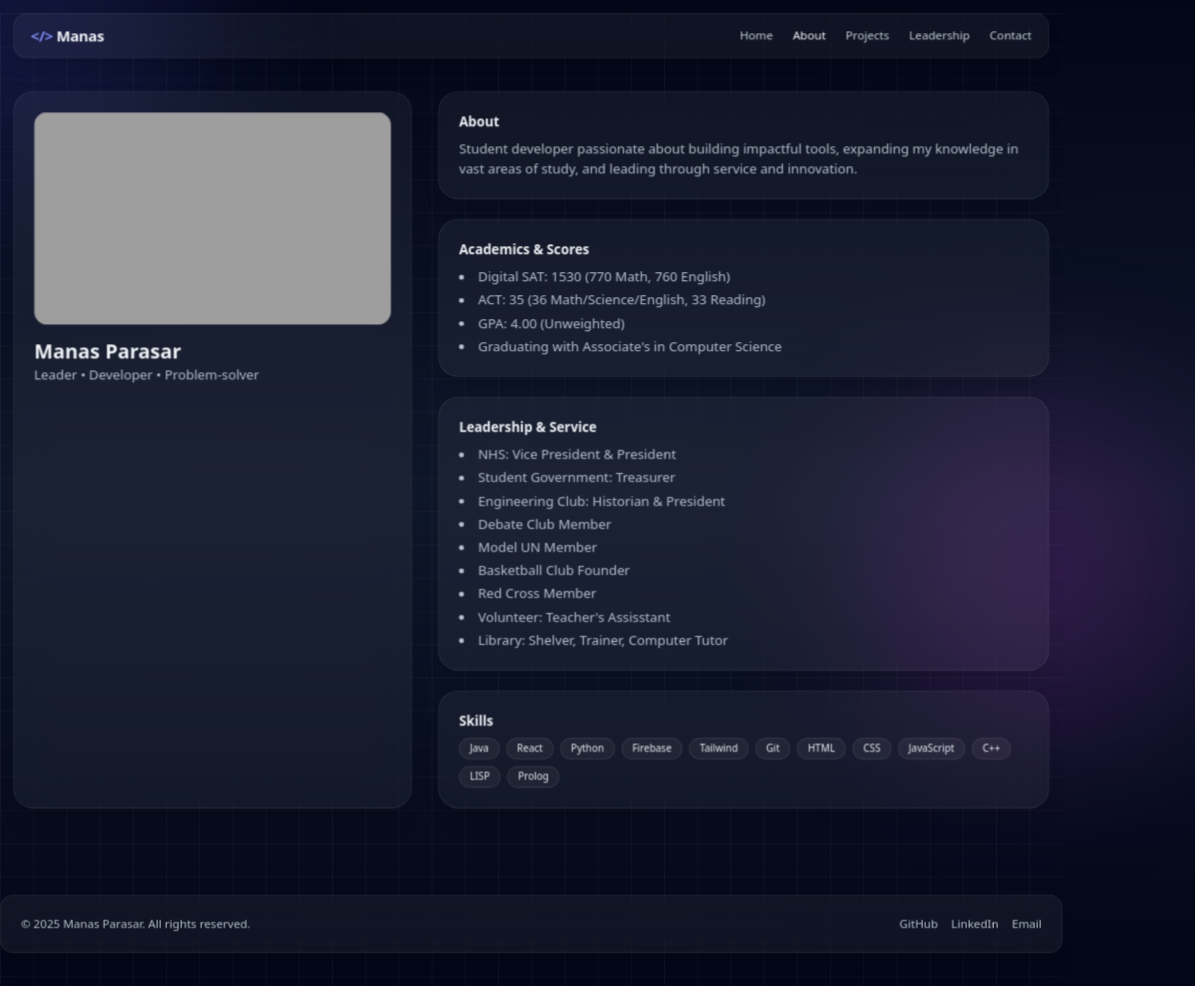
Repository: Manas-Parasar/portfolio-manas-parasar
Page: /about
These files come from the project's save history. The page is drawn as it stood at one moment and after the next save; the edit follows.
The browser window is 1280 px wide. The page is 1440 px wide, so the pictures cover 1440 px, including what lies to the right of the window. The pictures show the whole page, at 83% of full size.
Pictures or frames that could not be fetched are drawn as grey boxes. The project was rebuilt for these pictures with package versions that can differ from the ones it lists, and the page was loaded fresh each time. Also part of the build but not shown: vite.config.js, src/components/Hero.jsx, src/components/Section.jsx, src/components/ProjectCard.jsx, src/pages/Home.jsx, src/pages/Projects.jsx, src/components/TimelineItem.jsx, src/pages/Leadership.jsx and 1 more.

Above is the page before, as saved 2025-08-20 09:38:35.

After the next save:
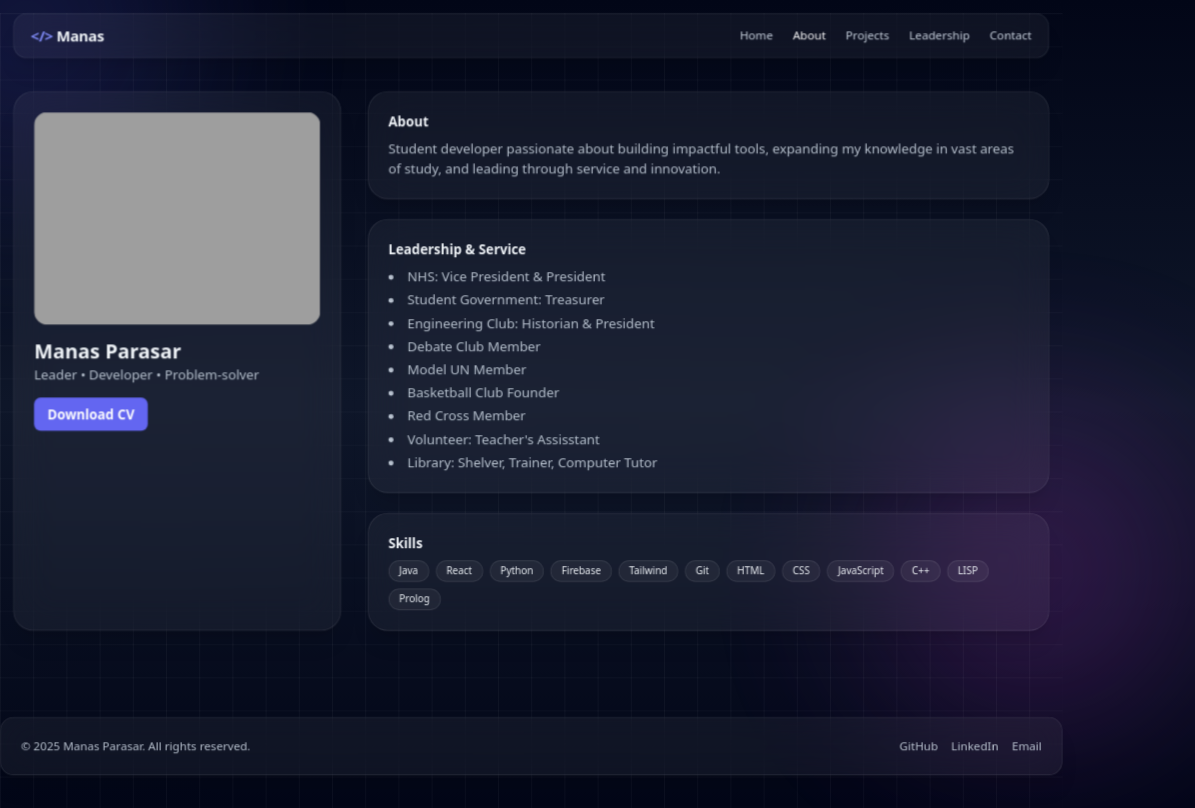
Saved 5 h 54 min later.
--- a/src/pages/About.jsx
+++ b/src/pages/About.jsx
@@ -1,7 +1,7 @@
 export default function About() {
   return (
-    <div className="grid md:grid-cols-5 gap-8">
-      <div className="md:col-span-2 glass rounded-3xl p-6">
+    <div className="grid md:grid-cols-3 gap-8">
+      <div className="md:col-span-1 glass rounded-3xl p-6">
         <img
           src="/src/assets/headshot.jpg"
           alt="Portrait"
@@ -9,8 +9,15 @@ export default function About() {
         />
         <h2 className="text-2xl font-bold mt-4">Manas Parasar</h2>
         <p className="subtle">Leader • Developer • Problem‑solver</p>
+        <a
+          href="#" // Placeholder link
+          download="Manas_Parasar_CV.pdf"
+          className="mt-4 inline-block bg-brand-500 hover:bg-brand-600 text-white font-bold py-2 px-4 rounded-lg transition-colors"
+        >
+          Download CV
+        </a>
       </div>
-      <div className="md:col-span-3 space-y-6">
+      <div className="md:col-span-2 space-y-6">
         <div className="glass rounded-3xl p-6">
           <h3 className="font-semibold mb-2">About</h3>
           <p className="subtle">
@@ -18,15 +25,6 @@ export default function About() {
             expanding my knowledge in vast areas of study, and leading through
             service and innovation.
           </p>
-        </div>
-        <div className="glass rounded-3xl p-6">
-          <h3 className="font-semibold mb-2">Academics & Scores</h3>
-          <ul className="subtle list-disc list-inside space-y-1">
-            <li>Digital SAT: 1530 (770 Math, 760 English)</li>
-            <li>ACT: 35 (36 Math/Science/English, 33 Reading)</li>
-            <li>GPA: 4.00 (Unweighted)</li>
-            <li>Graduating with Associate's in Computer Science</li>
-          </ul>
         </div>
         <div className="glass rounded-3xl p-6">
           <h3 className="font-semibold mb-2">Leadership & Service</h3>
